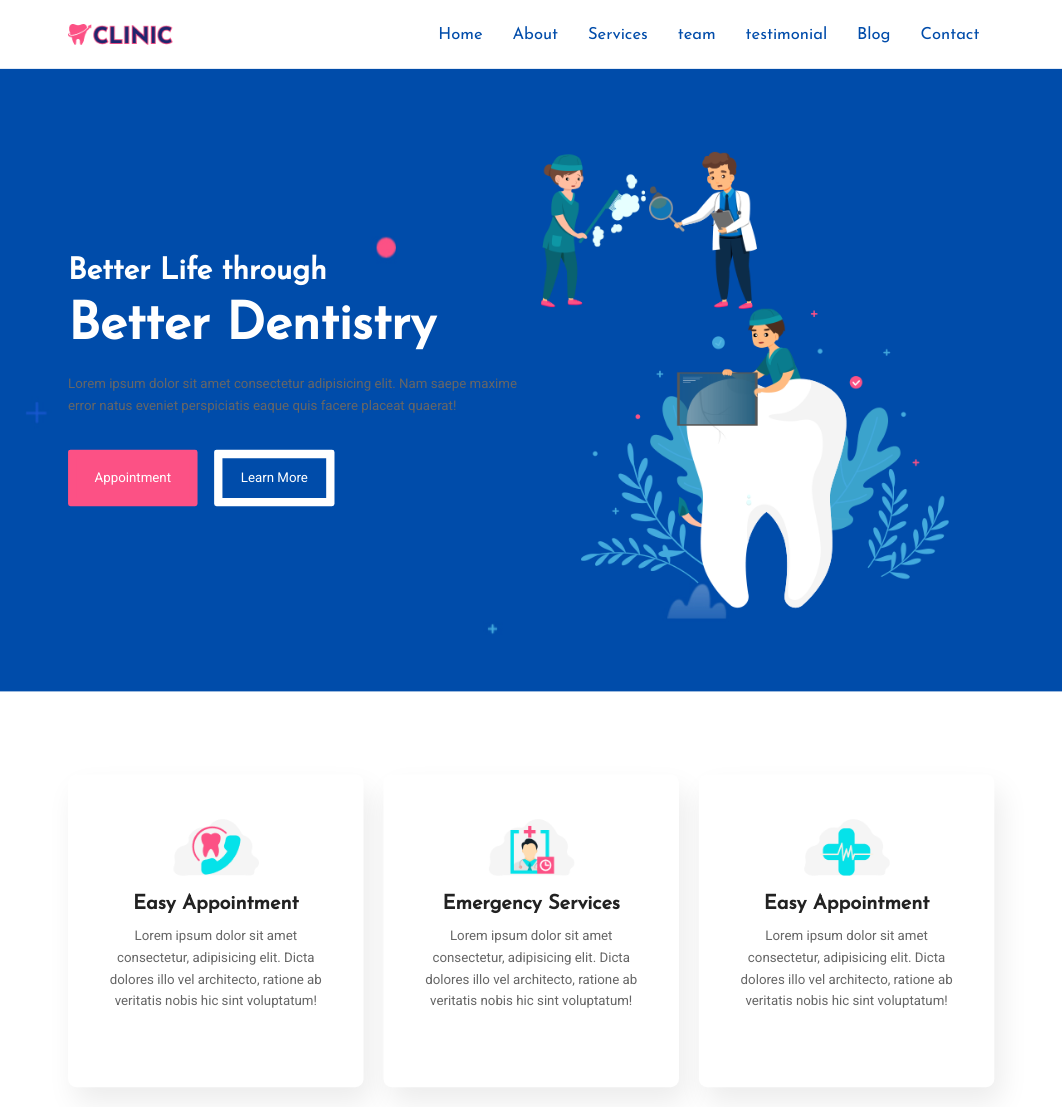
Repository: rsbappy/Project-13
Page: index.html
The author's editor kept a copy of each file at every save. The page is drawn from the files as they stood at one save, then again after the next save.
The browser window is 1280 px wide. The pictures show the whole page, at 83% of full size.
Some web libraries are served in a nearby version.

Above is the page before, as saved 2022-08-19 11:12:29.
Console error: TypeError: Cannot read properties of null (reading 'classList')

After the next save:
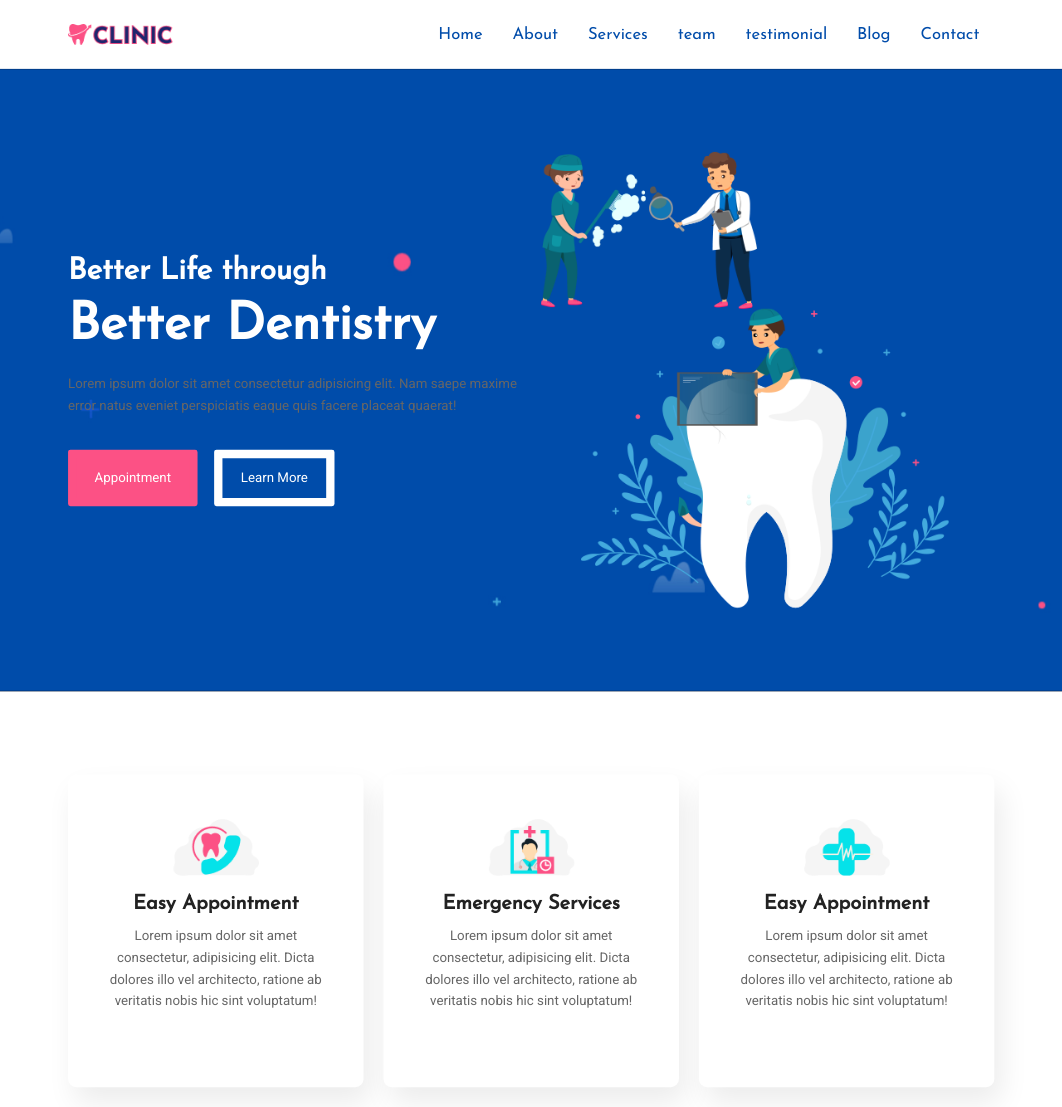
Saved 45 s later.
--- a/css/style.css
+++ b/css/style.css
@@ -229,4 +229,5 @@ p {
     background-image: url('/images/top-banner-img/Top-banner.jpg');
     background-position: center center;
     background-repeat: no-repeat;
-}
+    background-size: cover;
+}
